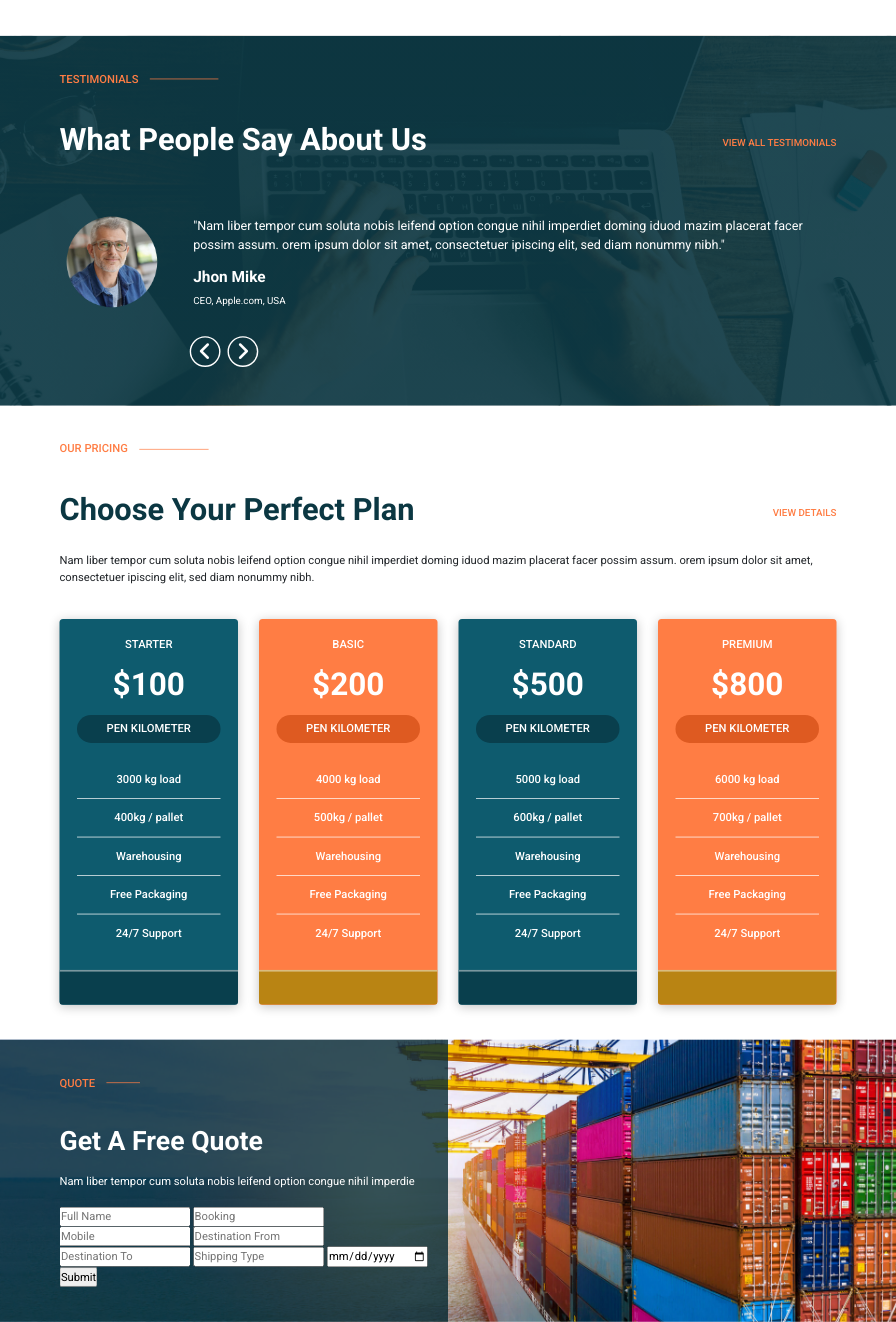
Repository: nazmulalok/shipping-theme
Page: index.html
An editor plug-in stored every save of this project. The page is shown before and after the next save, followed by the edit.
The browser window is 1280 px wide. The pictures show the part of the page from y = 3155 to 5075 px (the page is 5044 px tall before and 5075 px after), at 70% of full size.
Some web libraries are served in a nearby version.

Above is the page before, as saved 2022-10-09 17:02:23.

After the next save:
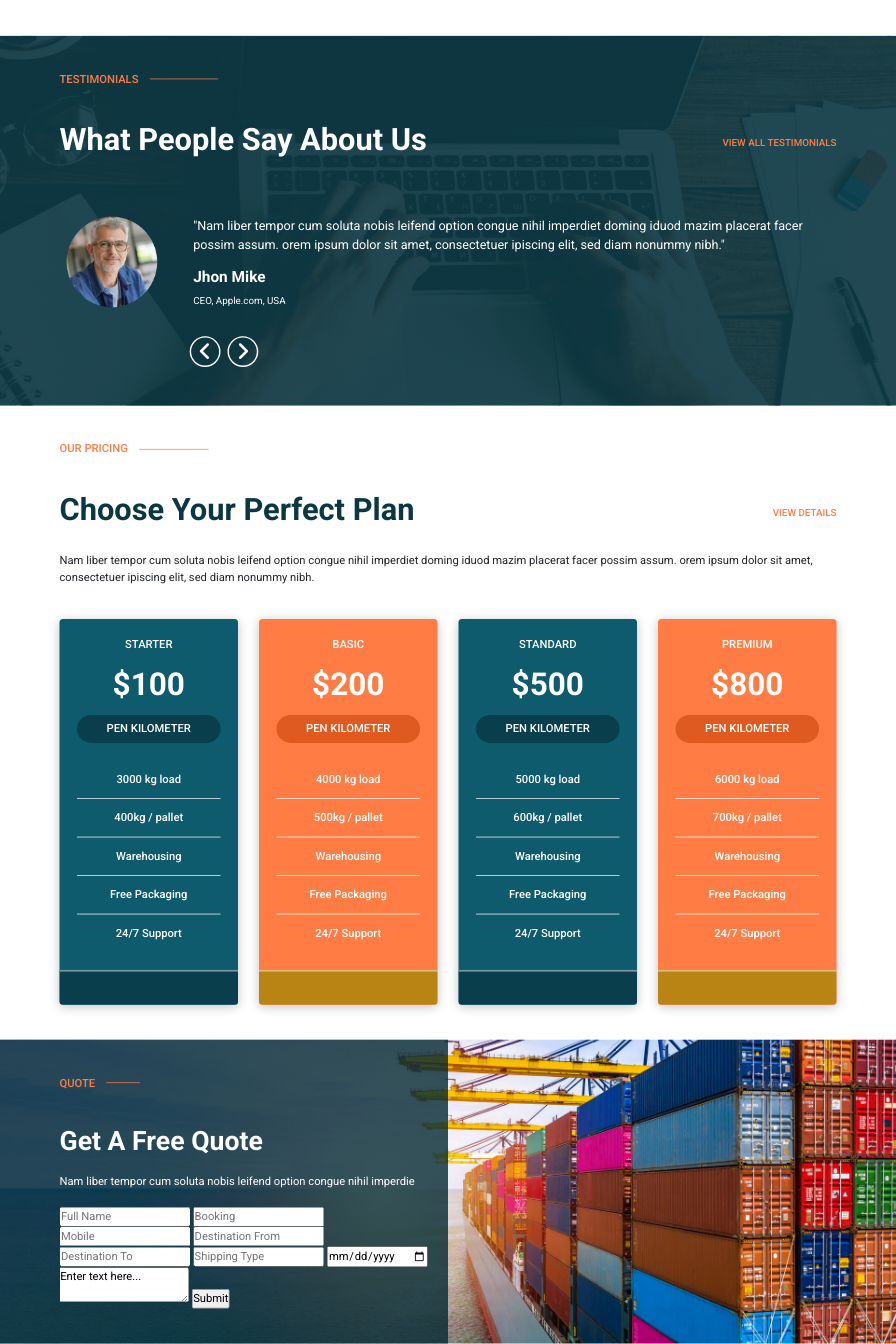
Saved 67 s later.
--- a/index.html
+++ b/index.html
@@ -451,6 +451,7 @@
                                 <input type="text" id="lname" name="lname" placeholder="Destination To">
                                 <input type="text" id="lname" name="lname" placeholder="Shipping Type">
                                 <input type="date" id="lname" name="lname" placeholder="Date">
+                                <textarea name="comment" form="usrform">Enter text here...</textarea>
                                 <input type="submit" value="Submit">
                             </form>
                         </div>
